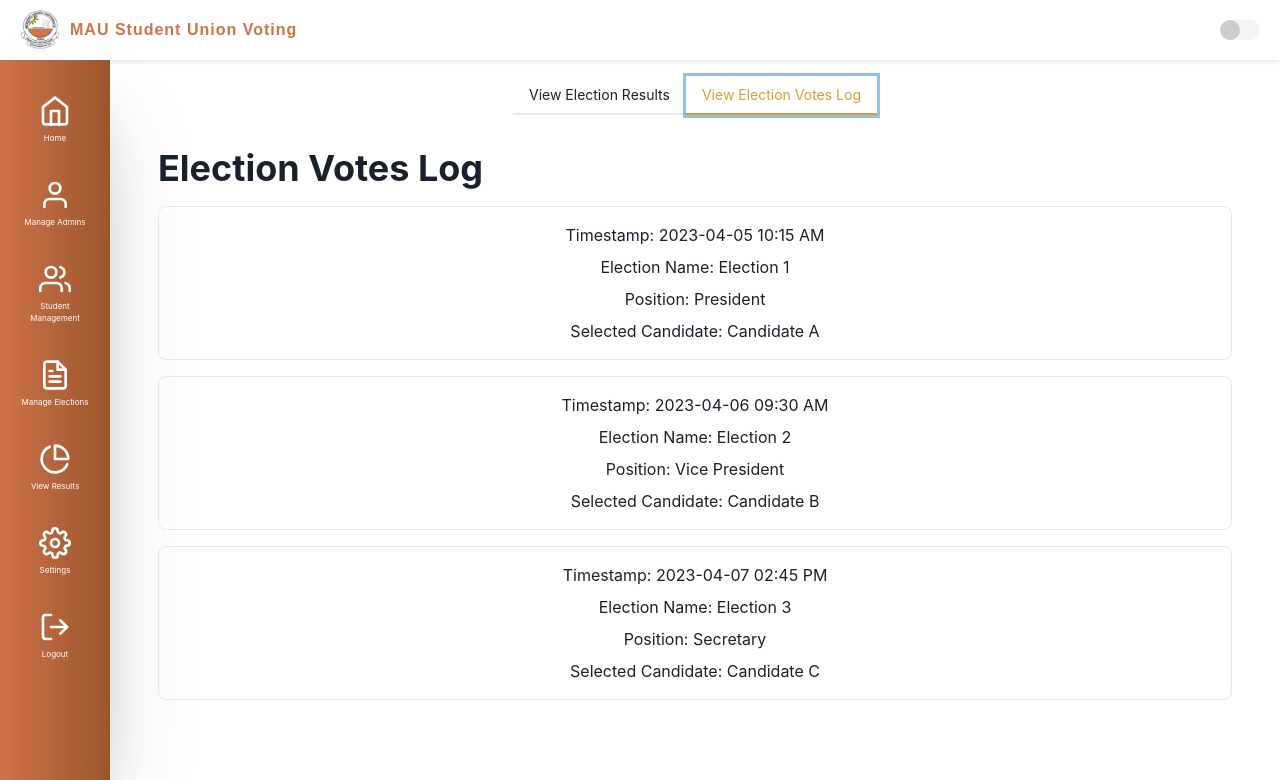
Repository: joena1o/e-vote
Page: /admin-dashboard/view-results, after clicking the first element matching `#tabs-\:r1\:--tab-1`
These files come from the project's save history. The page is drawn as it stood at one moment and after the next save; the edit follows.
The browser window is 1280 px wide. The pictures show the whole page.
The project was rebuilt for these pictures with package versions that can differ from the ones it lists, and the page was loaded fresh each time. Also part of the build but not shown: src/components/EnhancedLogin.js, src/components/maincontent/RegisterStudents/ManageStudents.js, src/components/maincontent/RegisterStudents/RegisterStudents.js, src/components/maincontent/RegisterStudents/StudentManagement.js, src/components/maincontent/Settings/Settings.js, src/api/index.js, src/components/maincontent/home/Home.styles.js, src/components/maincontent/home/Home.js and 16 more.

Above is the page before, as saved 2023-10-29 07:33:43.

### src/index.js
import React from 'react';
import ReactDOM from 'react-dom/client';
import './index.css';
import App from './App';
import reportWebVitals from './reportWebVitals';
import Modal from 'react-modal';

// Set the app element for the modal for accessibility purposes
Modal.setAppElement('#root');

const root = ReactDOM.createRoot(document.getElementById('root'));
root.render(
  <React.StrictMode>
    <App />
  </React.StrictMode>
);

// If you want to start measuring performance in your app, pass a function
// to log results (for example: reportWebVitals(console.log))
// or send to an analytics endpoint. Learn more: https://bit.ly/CRA-vitals
reportWebVitals();

### src/App.js
import React from 'react';
import { BrowserRouter as Router, Routes, Route, Navigate } from 'react-router-dom';
import EnhancedLogin from './components/EnhancedLogin';
import AdminDashboard from './components/AdminDashboard';
import StudentDashboard from './components/StudentDashboard';
import { ChakraProvider, ColorModeProvider, Button, useColorMode } from '@chakra-ui/react';
import { Provider } from 'react-redux';
import store from './Redux/store';
import ElectionCommitteeDashboard from './components/maincontent/ElectionCommitteeDashboard';

// Component to toggle dark mode
function DarkModeToggle() {
  const { colorMode, toggleColorMode } = useColorMode();
  return (
    <Button onClick={toggleColorMode} position="fixed" m={4} zIndex={10}>
      Toggle {colorMode === 'light' ? 'Dark' : 'Light'}
    </Button>
  );
}

function App() {
  // Check if the current route is not the "/login" route, then render the DarkModeToggle
  // const isLoginPage = window.location.pathname === '/login';

  return (
    <Provider store={store}>
      <ChakraProvider>
        <ColorModeProvider options={{ useSystemColorMode: true }}>
          <Router>
            <Routes>
              {/* Define your routes */}
              <Route path="/login" element={<EnhancedLogin />} />
              <Route path="/admin-dashboard/*" element={<AdminDashboard />} />
              <Route path="/ElectionCommittee-dashboard/*" element={<ElectionCommitteeDashboard />} />
              <Route path='/student-dashboard/*' element={<StudentDashboard />} />
              {/* Redirect root to /admin-dashboard */}
              <Route path="/" element={<Navigate to="/admin-dashboard" replace />} />
            </Routes>
          </Router>
          {/* Render DarkModeToggle only if not on the "/login" page */}
          {/* {!isLoginPage && <DarkModeToggle />} */}
        </ColorModeProvider>
      </ChakraProvider>
    </Provider>
  );
}

export default App;

### src/components/AdminDashboard.js
// AdminDashboard.js
import React from 'react';
import { Routes, Route } from 'react-router-dom';
import StudentManagement from './maincontent/RegisterStudents/StudentManagement';
import ViewResults from './maincontent/ElectionResults/ViewElectionResults';
import Settings from './maincontent/Settings/Settings';
import Home from './maincontent/home/Home';
import ManageAdmin from './maincontent/ManageAdmins/ManageAdmins';
import ManageElections from './maincontent/ManageElections/ManageElections';
import Sidebar from './Sidebar';
import Navbar from './Navbar';
import styled from 'styled-components';

const Container = styled.div`
  display: flex;
  flex-direction: column;
  /* Add the following line to ensure Container fills the screen height */
  height: 100vh;
  width: 100%; /* Use 100% to fill the entire width of the screen */
`;


const Content = styled.div`
  display: flex;
  /* Add the following line to ensure Content fills the remaining screen space */
  flex: 1;
`;

const AdminDashboard = () => {
  return (
    <Container>
      <Navbar />
      <Content>
        <Sidebar />
        <Routes>
          <Route index element={<Home />} />
          <Route path="student-management" element={<StudentManagement />} />
          <Route path="view-results" element={<ViewResults />} />
          <Route path="settings" element={<Settings />} />
          <Route path="manage-admin" element={<ManageAdmin />} />
          <Route path="manage-elections" element={<ManageElections />} />
        </Routes>
      </Content>
    </Container>
  );
};

export default AdminDashboard;

### src/Redux/store.js
import { configureStore } from '@reduxjs/toolkit';
import electionReducer from './electionSlice';
import studentsReducer from './studentsSlice';
import candidatesReducer from './CandidateSlice'; // Import the candidates reducer

const store = configureStore({
  reducer: {
    elections: electionReducer,
    students: studentsReducer,
    candidates: candidatesReducer, // Add the candidates reducer here
  },
});

export default store;

### src/components/maincontent/ElectionResults/ViewElectionResults.js
import React, { useState } from 'react';
import { Tabs, TabList, TabPanels, Tab, TabPanel, Box, Flex, Heading } from '@chakra-ui/react';
import ViewResults from './ViewResults';
import ElectionVotesLog from './report';

const ElectionDashboard = () => {
  const [activeTab, setActiveTab] = useState(0);

  const handleTabChange = (index) => {
    setActiveTab(index);
  };

  return (
    <Flex direction="column" align="center" w="100vw" h="100vh" p={4}>
      <Box w="100%" h="100%" maxW="full">
        <Tabs index={activeTab} onChange={handleTabChange} isLazy>
          <Flex justifyContent="center" w="100%">
            <TabList display="inline-flex">
              <Tab fontSize="sm" px={4} py={2} _selected={{ borderBottom: '2px solid', borderColor: 'yellow.500', color: 'yellow.500' }}>
                View Election Results
              </Tab>
              <Tab fontSize="sm" px={4} py={2} _selected={{ borderBottom: '2px solid', borderColor: 'yellow.500', color: 'yellow.500' }}>
                View Election Votes Log
              </Tab>
            </TabList>
          </Flex>
          <TabPanels>
            <TabPanel>
              <ViewResults />
            </TabPanel>
            <TabPanel>
              <ElectionVotesLog />
            </TabPanel>
          </TabPanels>
        </Tabs>
      </Box>
    </Flex>
  );
};

export default ElectionDashboard;

### src/components/Sidebar.js
import React from 'react';
import styled from 'styled-components';
import { Link } from 'react-router-dom';
import { FiHome, FiUser, FiUsers, FiFileText, FiSettings, FiLogOut, FiPieChart } from 'react-icons/fi';
import { useColorMode } from '@chakra-ui/react';

const SidebarContainer = styled.nav`
  background: ${props => (props.theme === 'dark' ? '#333' : 'linear-gradient(to right, #ce7348, #9a552e)')};
  padding: 15px;
  height: 100vh;
  color: #fff;
  box-shadow: rgba(50, 50, 93, 0.25) 0px 50px 100px -20px, rgba(0, 0, 0, 0.3) 0px 30px 60px -30px;
  display: flex;
  flex-direction: column;
`;

const LinkList = styled.ul`
  list-style-type: none;
  padding: 0;
  flex: 1;
`;

const StyledLink = styled(Link)`
  text-decoration: none;
  color: #fff;
  display: flex;
  flex-direction: column;
  align-items: center;
  transition: color 0.3s ease;
  margin-bottom: 15px;
  cursor: pointer;
  font-size: 0.5rem;

  &:hover {
    color: #fce364;
  }

  width: 80px;
  text-align: center;
  word-wrap: break-word;
  overflow-wrap: break-word;

  @media (max-width: 768px) {
    font-size: 0.4rem;
  }

  @media (max-width: 480px) {
    font-size: 0.3rem;
  }
`;

const LinkItem = styled.li`
  display: flex;
  align-items: center;
  margin-top: 20px;
`;

const Icon = styled.div`
  font-size: 2rem;
  color: #fff;

  @media (max-width: 768px) {
    font-size: 0.9rem;
  }

  @media (max-width: 480px) {
    font-size: 0.8rem;
  }

  margin-bottom: 5px;

  ${StyledLink}:hover & {
    color: #fce364;  // Change icon color when the link is hovered
  }
`;

function Sidebar() {
  const { colorMode } = useColorMode();

  return (
    <SidebarContainer theme={colorMode}>
      <LinkList>
        <LinkItem>
          <StyledLink to="/admin-dashboard">
            <Icon><FiHome /></Icon>
            Home
          </StyledLink>
        </LinkItem>
        <LinkItem>
          <StyledLink to="/admin-dashboard/manage-admin">
            <Icon><FiUser /></Icon>
            Manage Admins
          </StyledLink>
        </LinkItem>
        <LinkItem>
          <StyledLink to="/admin-dashboard/student-management">
            <Icon><FiUsers /></Icon>
            Student Management
          </StyledLink>
        </LinkItem>
        <LinkItem>
          <StyledLink to="/admin-dashboard/manage-elections">
            <Icon><FiFileText /></Icon>
            Manage Elections
          </StyledLink>
        </LinkItem>
        <LinkItem>
          <StyledLink to="/admin-dashboard/view-results">
            <Icon><FiPieChart /></Icon>
            View Results
          </StyledLink>
        </LinkItem>
        <LinkItem>
          <StyledLink to="/admin-dashboard/settings">
            <Icon><FiSettings /></Icon>
            Settings
          </StyledLink>
        </LinkItem>
        <LinkItem>
          <StyledLink to="/logout">
            <Icon><FiLogOut /></Icon>
            Logout
          </StyledLink>
        </LinkItem>
      </LinkList>
    </SidebarContainer>
  );
}

export default Sidebar;

### src/components/Navbar.js
import React from 'react';
import styled, { createGlobalStyle } from 'styled-components';
import logo from '../assets/school_logo.jpg';
import { useColorMode } from '@chakra-ui/react';

const GlobalStyle = createGlobalStyle`
  body {
    background-color: ${props => (props.theme === 'dark' ? '#333' : '#fff')};
    color: ${props => (props.theme === 'dark' ? '#fff' : '#000')}; // Set other component texts to black in light mode
  }
`;

const Header = styled.header`
  background: ${props => (props.theme === 'dark' ? '#333' : '#fff')};
  color: ${props => (props.theme === 'dark' ? '#fff' : '#ce7348')}; // Set navbar text to brown in light mode
  padding: 10px 20px;
  display: flex;
  align-items: center;
  justify-content: flex-start;
  box-shadow: 0px 2px 4px rgba(0, 0, 0, 0.1);
  font-family: 'Poppins', sans-serif;
`;


const Logo = styled.img`
  width: 40px;
  height: 40px;
  border-radius: 20px;
  margin-right: 10px;
`;

const Title = styled.h1`
  margin: 0;
  padding: 0;
  font-size: 1rem;
  font-weight: 600;
  letter-spacing: 1px;
`;

const ToggleSlider = styled.label`
  display: flex;
  align-items: center;
  cursor: pointer;
  margin-left: auto;
`;

const SliderInput = styled.input.attrs({ type: 'checkbox' })`
  display: none;
`;

const Slider = styled.div`
  width: 40px;
  height: 20px;
  background-color: ${props => (props.theme === 'dark' ? '#333' : '#f4f4f4')};
  border-radius: 20px;
  position: relative;
  transition: background-color 0.3s ease;
  cursor: pointer;

  &::after {
    content: '';
    width: 20px;
    height: 20px;
    border-radius: 50%;
    background-color: ${props => (props.theme === 'dark' ? '#fff' : '#ccc')};
    position: absolute;
    top: 50%;
    transform: translateY(-50%);
    left: ${props => (props.theme === 'dark' ? '20px' : '0')};
    transition: left 0.3s ease;
  }
`;

function Navbar() {
  const { colorMode, toggleColorMode } = useColorMode();

  return (
    <>
      <GlobalStyle theme={colorMode} />
      <Header theme={colorMode}>
        <Logo src={logo} alt="University Logo" />
        <Title>MAU Student Union Voting</Title>
        <ToggleSlider>
          <SliderInput type="checkbox" onChange={toggleColorMode} />
          <Slider theme={colorMode} />
        </ToggleSlider>
      </Header>
    </>
  );
}

export default Navbar;

### src/Redux/electionSlice.js
/*import { createSlice, createAsyncThunk } from '@reduxjs/toolkit';
import { API, graphqlOperation } from 'aws-amplify';
import { createElection as createElectionAPI } from '../graphql/mutations';

export const createElection = createAsyncThunk(
  'elections/createElection',
  async (election, { rejectWithValue }) => {
    try {
      const result = await API.graphql(graphqlOperation(createElectionAPI, { input: election }));
      return result.data.createElection;
    } catch (error) {
      return rejectWithValue(error);
    }
  }
);

const electionSlice = createSlice({
  name: 'elections',
  initialState: [],
  reducers: {},
  extraReducers: (builder) => {
    builder.addCase(createElection.fulfilled, (state, action) => {
      state.push(action.payload);
    });
  },
});

export default electionSlice.reducer;
*/

### src/Redux/studentsSlice.js
import { createSlice } from '@reduxjs/toolkit';

export const studentsSlice = createSlice({
  name: 'students',
  initialState: [],
  reducers: {
    addStudents: (state, action) => {
      // Add students to the Redux store
      action.payload.forEach(student => {
        state.push(student);
      });
    },
  },
});

export const { addStudents } = studentsSlice.actions;

export default studentsSlice.reducer;

### src/Redux/CandidateSlice.js

import { createSlice } from '@reduxjs/toolkit';

export const candidatesSlice = createSlice({
  name: 'candidates',
  initialState: [],
  reducers: {
    setCandidates: (state, action) => {
      return action.payload;
    },
  },
});

export const { setCandidates } = candidatesSlice.actions;
export default candidatesSlice.reducer;

### src/components/maincontent/ElectionResults/ViewResults.js
import React, { useEffect, useState } from 'react';
import { API } from 'aws-amplify';
import { Box, VStack, Heading, Text, useColorModeValue } from '@chakra-ui/react';
import { toast } from 'react-toastify';
import 'react-toastify/dist/ReactToastify.css';

const ViewResults = () => {
  const colorModeValue = useColorModeValue('gray.200', 'gray.600');

  const mockPastElectionResults = [
    {
      id: 1,
      electionName: 'Election 1',
      date: '2023-01-10',
      winner: 'Candidate A',
      votes: 500,
    },
    {
      id: 2,
      electionName: 'Election 2',
      date: '2023-02-15',
      winner: 'Candidate B',
      votes: 600,
    },
    {
      id: 3,
      electionName: 'Election 3',
      date: '2023-03-20',
      winner: 'Candidate C',
      votes: 750,
    },
  ];

  const [pastElectionResults, setPastElectionResults] = useState(mockPastElectionResults);

  useEffect(() => {
    const fetchResults = async () => {

    };

    fetchResults();
  }, []);

  return (
    <Box p={4}>
      <Heading as="h1" size="xl" mb={4}>
        Past Election Results
      </Heading>
      {pastElectionResults.map((result) => (
        <VStack
          key={result.id}
          border="1px"
          borderColor={colorModeValue}
          borderRadius="lg"
          p={4}
          mb={4}
        >
          <Text fontSize="xl">Election Name: {result.electionName}</Text>
          <Text>Date: {result.date}</Text>
          <Text>Winner: {result.winner}</Text>
          <Text>Votes: {result.votes}</Text>
        </VStack>
      ))}
    </Box>
  );
};

export default ViewResults;

### src/components/maincontent/ElectionResults/report.js
import React, { useEffect, useState } from 'react';
import { Box, VStack, Heading, Text, useColorModeValue } from '@chakra-ui/react';

const ElectionVotesLog = () => {
  const colorModeValue = useColorModeValue('gray.200', 'gray.600');

  // Mock data for election votes log
  const mockVotesLog = [
    {
      id: 1,
      timestamp: '2023-04-05 10:15 AM',
      electionName: 'Election 1',
      position: 'President',
      selectedCandidate: 'Candidate A',
    },
    {
      id: 2,
      timestamp: '2023-04-06 09:30 AM',
      electionName: 'Election 2',
      position: 'Vice President',
      selectedCandidate: 'Candidate B',
    },
    {
      id: 3,
      timestamp: '2023-04-07 02:45 PM',
      electionName: 'Election 3',
      position: 'Secretary',
      selectedCandidate: 'Candidate C',
    },
  ];

  const [votesLog, setVotesLog] = useState(mockVotesLog);

  useEffect(() => {
    // You can fetch data from an API here if needed
    // For now, we're using the mock data
  }, []);

  return (
    <Box p={4}>
      <Heading as="h1" size="xl" mb={4}>
        Election Votes Log
      </Heading>
      {votesLog.map((vote) => (
        <VStack
          key={vote.id}
          border="1px"
          borderColor={colorModeValue}
          borderRadius="lg"
          p={4}
          mb={4}
        >
          <Text>Timestamp: {vote.timestamp}</Text>
          <Text>Election Name: {vote.electionName}</Text>
          <Text>Position: {vote.position}</Text>
          <Text>Selected Candidate: {vote.selectedCandidate}</Text>
        </VStack>
      ))}
    </Box>
  );
};

export default ElectionVotesLog;

Loaded but not shown: public/index.html (common file); src/index.css (common file); src/reportWebVitals.js (common file)

After the next save:
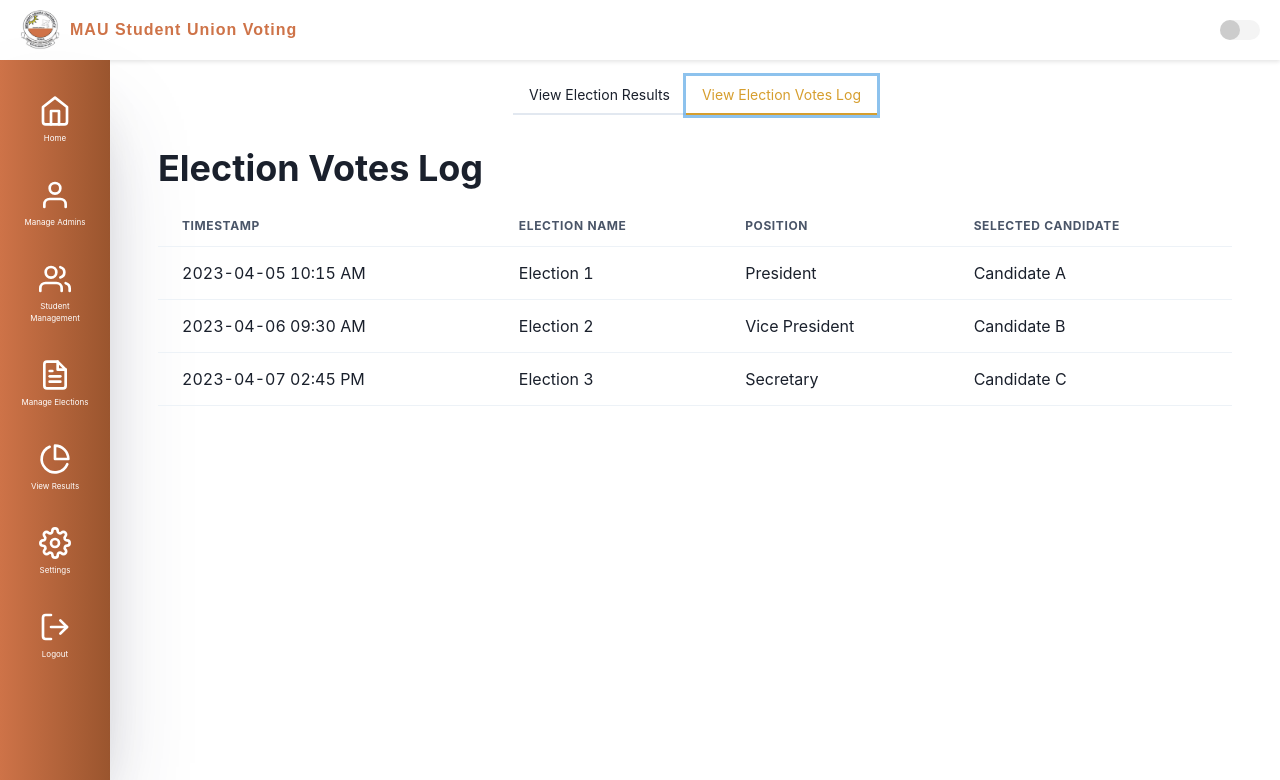
Saved 2 min 3 s later.
--- a/src/components/maincontent/ElectionResults/report.js
+++ b/src/components/maincontent/ElectionResults/report.js
@@ -1,5 +1,5 @@
 import React, { useEffect, useState } from 'react';
-import { Box, VStack, Heading, Text, useColorModeValue } from '@chakra-ui/react';
+import { Box, VStack, Heading, Table, Thead, Tbody, Tr, Th, Td, useColorModeValue } from '@chakra-ui/react';
 
 const ElectionVotesLog = () => {
   const colorModeValue = useColorModeValue('gray.200', 'gray.600');
@@ -41,21 +41,26 @@ const ElectionVotesLog = () => {
       <Heading as="h1" size="xl" mb={4}>
         Election Votes Log
       </Heading>
-      {votesLog.map((vote) => (
-        <VStack
-          key={vote.id}
-          border="1px"
-          borderColor={colorModeValue}
-          borderRadius="lg"
-          p={4}
-          mb={4}
-        >
-          <Text>Timestamp: {vote.timestamp}</Text>
-          <Text>Election Name: {vote.electionName}</Text>
-          <Text>Position: {vote.position}</Text>
-          <Text>Selected Candidate: {vote.selectedCandidate}</Text>
-        </VStack>
-      ))}
+      <Table variant="simple">
+        <Thead>
+          <Tr>
+            <Th>Timestamp</Th>
+            <Th>Election Name</Th>
+            <Th>Position</Th>
+            <Th>Selected Candidate</Th>
+          </Tr>
+        </Thead>
+        <Tbody>
+          {votesLog.map((vote) => (
+            <Tr key={vote.id}>
+              <Td>{vote.timestamp}</Td>
+              <Td>{vote.electionName}</Td>
+              <Td>{vote.position}</Td>
+              <Td>{vote.selectedCandidate}</Td>
+            </Tr>
+          ))}
+        </Tbody>
+      </Table>
     </Box>
   );
 };
